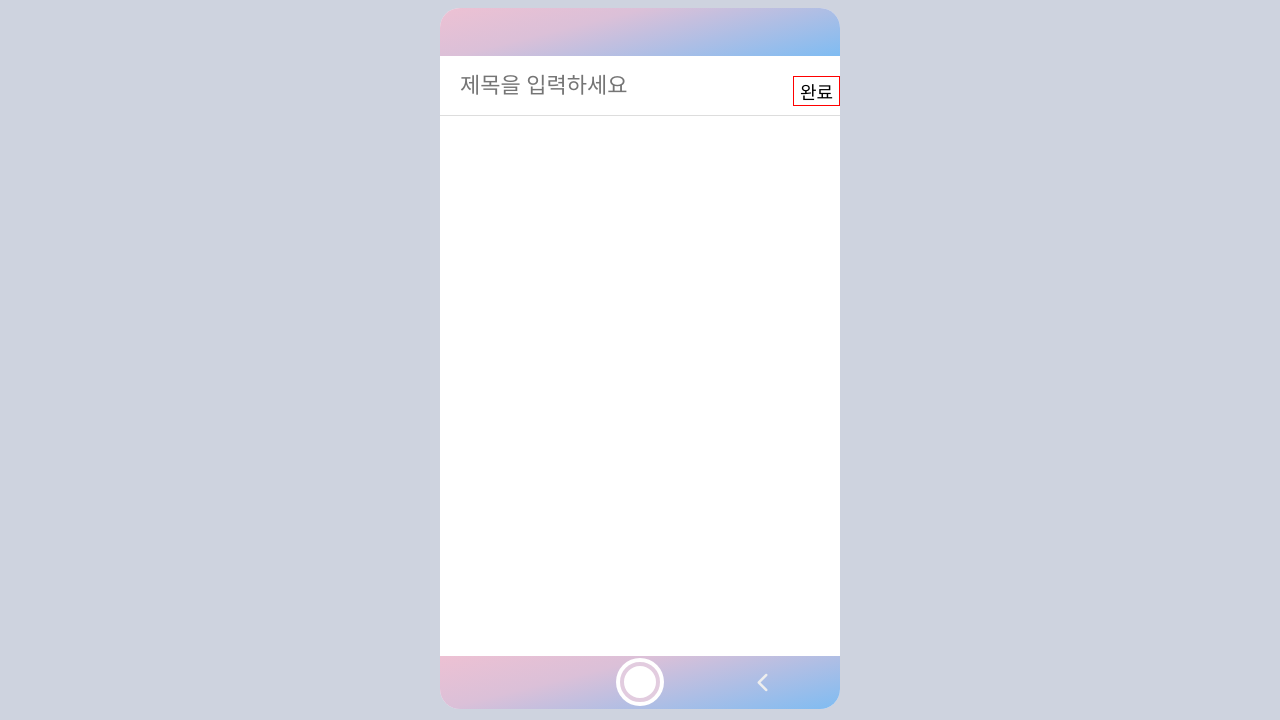
Repository: jinhee196/diary
Page: index.html
These files come from the project's save history. The page is drawn as it stood at one moment and after the next save; the edit follows.
The browser window is 1280 px wide. The pictures show the whole page.
Some web fonts or font styles are not loaded; a fallback is used. Some web libraries are served in a nearby version.

Above is the page before, as saved 2021-06-04 21:12:50.

### index.html
<!DOCTYPE html>
<html lang="ko">
<head>
    <meta charset="UTF-8">
    <meta http-equiv="X-UA-Compatible" content="IE=edge">
    <meta name="viewport" content="width=device-width, initial-scale=1.0">
    <title>secret Note</title>
    <script src="https://kit.fontawesome.com/ef20572bd9.js" crossorigin="anonymous"></script>
    <link rel="stylesheet" href="style.css">
    <link rel="preconnect" href="https://fonts.gstatic.com">
<link href="https://fonts.googleapis.com/css2?family=Hi+Melody&family=Nanum+Brush+Script&display=swap" rel="stylesheet">
    <script src="js/main.js" defer></script>
    <script src="js/data.js"></script>
</head>
<body>
  <div class="container">
      <header class="header"></header>

      <section id="main">
        <h1 class="main__title">SECRET DIARY</h1>
        <p class="main__desc">작가 Bodo Schaefer의 &#60;멘탈의 연금술&#62;을 바탕으로 만든 일기장입니다.
                              책의 내용을 토대로 전략적인 일기를 써보세요:) 긍정적인 삶으로 나아갈 수 있을 것입니다. </p>
        <button class="note1">일기쓰기</button>
        <button class="note2">아침일기</button>
        <button class="note3">걱정과 두려움을 <br>다루는 방법</button>
      </section>

      <section id="daily">
        <div class="daily__weather"></div>
        <div class="daily__emotion"></div>
        <div class="daily__Note">
          <input class="daily__title" placeholder="제목을 입력하세요"></input>
          <textarea class="daily__text"></textarea>
          <button class="daily__submit">완료</button>
        </div>
      </section>

      <section id="morning">
        <p class="desc">아침일기는 '오늘 무엇을 할 것인가?'를 정리하는 데 탁월한 효과를 줍니다. 질문에 가볍게 답해가다 보면,
          질문의 답처럼 생각하고 실행할 수 있는 컨디션이 만들어질 것입니다.  </p>
        <ul class="items">
          <!-- <li class="item">test</li>
          <li class="item-sub">subtest</li> -->
        </ul>
        <div class="message">
        <input type="text" class="footer__input" />
        <button class="footer__submit">보내기</button>
        </div>
    </section>

    <section id="list">
      <p class="desc">두려움과 걱정의 목록들을 리스트로 만들고 지속적으로 업데이트하세요.
        구체적으로 작성해 두려움을 잘게 쪼개다보면 엄습하는 두려움을 무력화시킬 수 있을 것입니다. </p>
      <ul class="items">
        <!-- <li class="item">test</li>
        <li class="item-sub">subtest</li> -->
      </ul>
      <div class="message">
      <input type="text" class="footer__input" />
      <button class="footer__submit">보내기</button>
      </div>
  </section>

    <footer class="footer">
      <button class="footer__button">
        <div class="circle"></div>
       </button>
       <i class="fas fa-chevron-left"></i>
     </footer>
  </div>
</body>
</html>

### style.css
* {
  box-sizing: border-box;
  font-family: "Hi Melody", cursive;
}
ul {
  padding: 0;
}

button {
  outline: none;
  background: transparent;
  border: none;
  cursor: pointer;
}
body {
  background-color: #ced3df;
  text-align: center;
}

section {
  height: 600px;
}
.container {
  width: 400px;
  margin: auto;
  background-color: #f1f0f7;
  border-radius: 20px;
}

.header {
  height: 48px;
  padding: 8px;
  font-size: 24px;
  background: rgba(237, 193, 211);

  background: linear-gradient(
    166deg,
    rgba(237, 193, 211, 1) 0%,
    rgba(219, 192, 216, 1) 35%,
    rgba(127, 188, 242, 1) 100%
  );
  border-radius: 20px 20px 0 0;
  color: #fff;
}

#main {
  display: none; /*flex*/
  flex-direction: column;
  justify-content: center;
  align-items: center;
  overflow: hidden;
}
.main__title {
  font-family: "Nanum Brush Script", cursive;
  letter-spacing: 1px;
  font-size: 40px;
  color: #555;
}
.main__desc {
  padding: 0 30px;
  font-size: 18px;
  margin-bottom: 30px;
}
#main button {
  width: 130px;
  padding: 13px 15px;
  margin: 5px 0;
  border-radius: 10px;
  color: #222;
  font-size: 16px;
}
.note1 {
  background-color: rgba(219, 192, 216, 1);
}
.note2 {
  background-color: rgba(127, 188, 242, 1);
}
.note3 {
  background-color: rgba(219, 192, 216, 1);
}

#daily {
  display: block;
}
.daily__weather {
  display: none;
}
.daily__emotion {
  display: none;
  position: relative;
}
.daily__Note {
  width: 100%;
  height: 100%;
  position: relative;
}
.daily__title {
  width: 100%;
  height: 10%;
  outline: none;
  padding: 20px;
  font-size: 22px;
  border: none;
  border-bottom: 1px solid #ddd;
}
.daily__text {
  width: 100%;
  height: 90%;
  line-height: 1.6;
  padding: 20px;
  outline: none;
  border: none;
  resize: none;
  font-size: 18px;
}
.daily__submit {
  border: 1px solid red;
  position: absolute;
  top: 20px;
  right: 0;
  font-size: 18px;
}
#morning {
  display: none;
  overflow: hidden;
}
#list {
  display: none;
  overflow: hidden;
}
.desc {
  width: 370px;
  height: 60px;
  font-size: 11px;
  text-align: left;
  padding: 8px 30px;
  margin: 15px auto 0;
  background-color: #fff;
  border-radius: 5px;
  line-height: 1.4;
}
.items {
  height: 495px;
  overflow-y: auto;
  margin: 0;
  font-size: 13px;
}

.item {
  padding: 8px 15px;
  margin: 10px;
  border-radius: 15px;
  background: rgba(237, 193, 211);
  display: inline-block;
  float: left;
  clear: both;
}
.item-sub {
  padding: 8px 15px;
  margin: 10px;
  border-radius: 15px;
  background: rgba(127, 188, 242, 1);
  display: inline-block;
  float: right;
  clear: both;
}

.footer {
  background: rgba(237, 193, 211);

  background: linear-gradient(
    166deg,
    rgba(237, 193, 211, 1) 0%,
    rgba(219, 192, 216, 1) 35%,
    rgba(127, 188, 242, 1) 100%
  );
  border-radius: 0 0 20px 20px;
  position: relative;
}
.message {
  width: 100%;
}
.footer__input {
  width: 88%;
  height: 32px;
  border: none;
  outline: none;
  font-size: 14px;
  font-weight: 400;
  padding: 0 16px;
  float: left;
  border-top: 1px solid rgba(237, 193, 211);
}

.footer__submit {
  width: 12%;
  height: 32px;
  float: right;
  background-color: rgba(237, 193, 211);
  font-size: 11px;
  padding: 0;
}
.footer__button {
  width: 48px;
  height: 48px;
  background-color: #fff;
  border-radius: 50%;
  transition: transform 300ms ease-in;
  margin-top: 2px;
}
.circle {
  width: 40px;
  height: 40px;
  border: 4px solid rgba(219, 192, 216, 0.8);
  border-radius: 50%;
  margin-left: -2px;
}
.fa-chevron-left {
  font-size: 20px;
  color: #eee;
  position: absolute;
  right: 70px;
  top: 50%;
  transform: translateY(-50%);
  cursor: pointer;
}
.footer__button:hover {
  transform: scale(1.1);
}

### js/data.js
const morningList = [
  {
    q: '1. 나는 오늘 어떤 점이 가장 행복하겠는가?'
  },
  {
    q: '2. 오늘 내게 가장 큰 동기부여를 해주는 것은 무엇인가?'
  },
  {
    q: '3.오늘 무엇에 가장 감사해야 하겠는가?'
  },
  {
    q: '4.오늘 내게 직언과 조언을 해줄 사람들은 누구인가?'
  },
  {
    q: '5. 오늘 내 컨디션으로 볼 때 가장 잘해낼 것 같은 일은 무엇인가?'
  },
  {
    q: '6. 오늘 내가 꼭 알아야 할 것은 무엇인가?'
  },
  {
    q: '7. 오늘 두려움과 긴장을 유쾌하게 다뤄줄 필살기는 무엇인가?'
  },
  {
    q: '8. 오늘 꼭 해야할 과제 한 가지는 무엇인가?'
  }
]

const qnaList = [
  {
    q: '지금 가장 두려운 것이 무엇입니까?'
  },
  {
    q: '그것이 왜 두려우십니까? 구체적으로 작성해보세요.'
  },
  {
    q: '가장 큰 두려움에서부터 사소한 걱정까지 낱낱이 기록하세요.'
  }
]

const dailyNote = [
  {
    q: '지금의 날씨를 선택해주세요',
    a: [
      { answer: 'images/weather-icon-set_03.png'},
      { answer: 'images/weather-icon-set_05.png' },
      { answer: 'images/weather-icon-set_07.png' },
      { answer: 'images/weather-icon-set_13.png' },
      { answer: 'images/weather-icon-set_17.png' },
      { answer: 'images/weather-icon-set_21.png' },
    ]
  },
  {
    q: '지금의 기분을 골라보세요',
    a: [
      { answer: 'images/emtion_03.png' },
      { answer: 'images/emtion_05.png' },
      { answer: 'images/emtion_07.png' },
      { answer: 'images/emtion_12.png' },
      { answer: 'images/emtion_13.png' },
      { answer: 'images/emtion_14.png' },
      { answer: 'images/emtion_18.png' },
      { answer: 'images/emtion_19.png' },
      { answer: 'images/emtion_20.png' },
    ]
  }
]

Loaded but not shown: js/main.js (no copy from this time; the picture is the same without it)

After the next save:
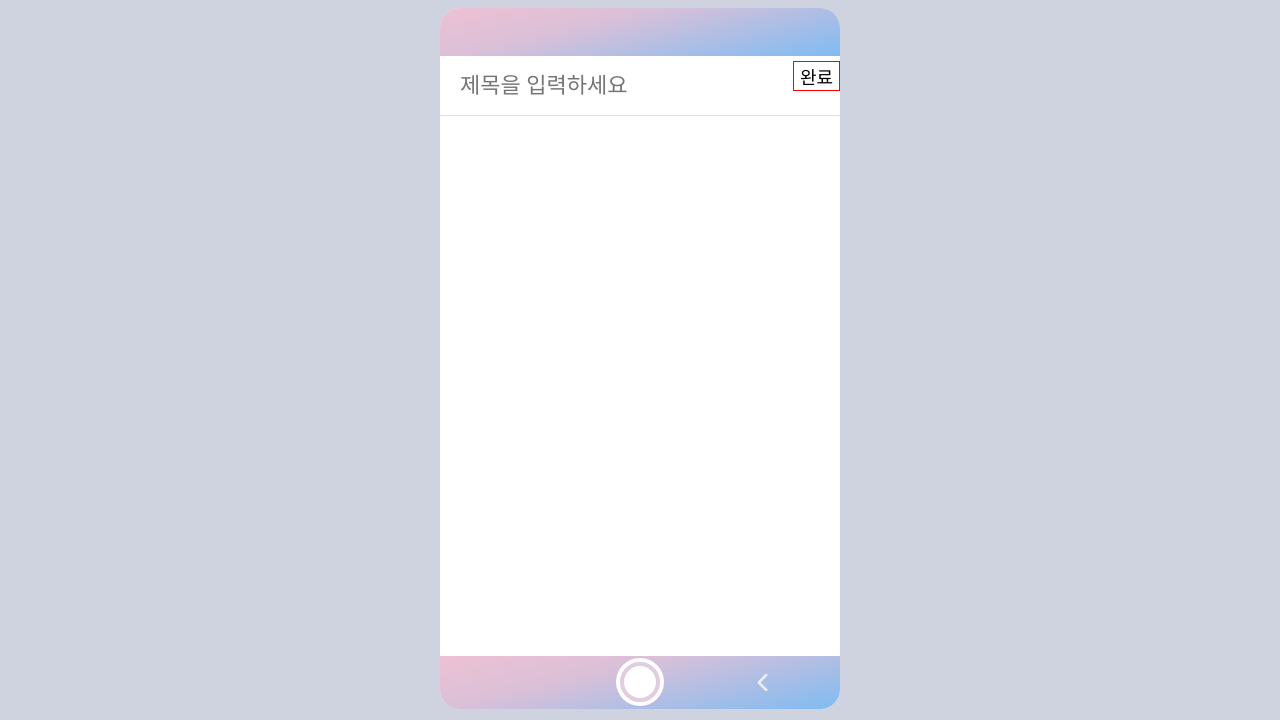
Saved 6 s later.
--- a/style.css
+++ b/style.css
@@ -116,7 +116,7 @@ section {
 .daily__submit {
   border: 1px solid red;
   position: absolute;
-  top: 20px;
+  top: 5px;
   right: 0;
   font-size: 18px;
 }
